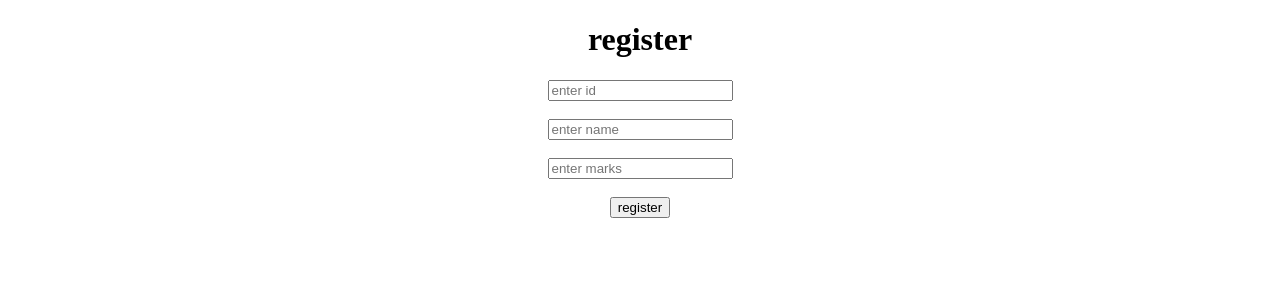
Repository: bpgujjari/Java-Logics
Page: conditional and looping programs/RathanSir/DBConApp/src/main/webapp/register.html
The author's editor kept a copy of each file at every save. The page is drawn from the files as they stood at one save, then again after the next save.
The browser window is 1280 px wide. The pictures show the whole page.

Above is the page before, as saved 2023-03-11 15:17:31.

After the next save:
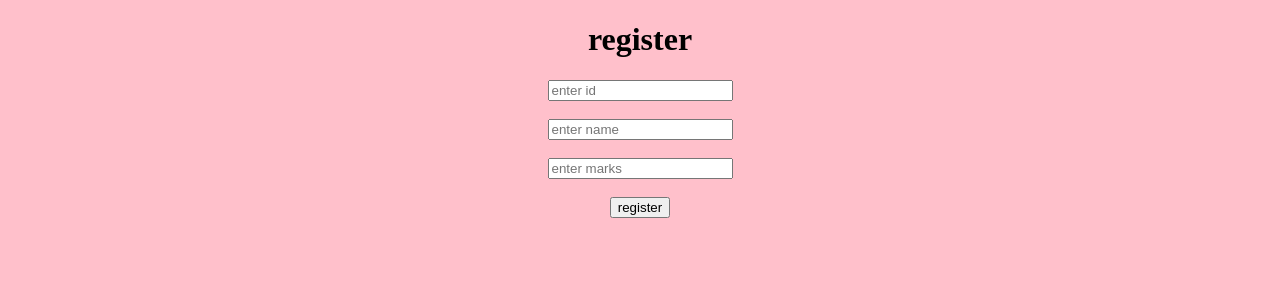
Saved 15 s later.
--- a/conditional and looping programs/RathanSir/DBConApp/src/main/webapp/register.html
+++ b/conditional and looping programs/RathanSir/DBConApp/src/main/webapp/register.html
@@ -1,6 +1,6 @@
 <!DOCTYPE html>
 <html>
-<body style="text-align: center;">
+<body bgcolor="pink" style="text-align: center;">
 <form method="post" action="DBCon">
 <h1>register</h1>
 <input type="number" name="id" placeholder="enter id"><br><br>
